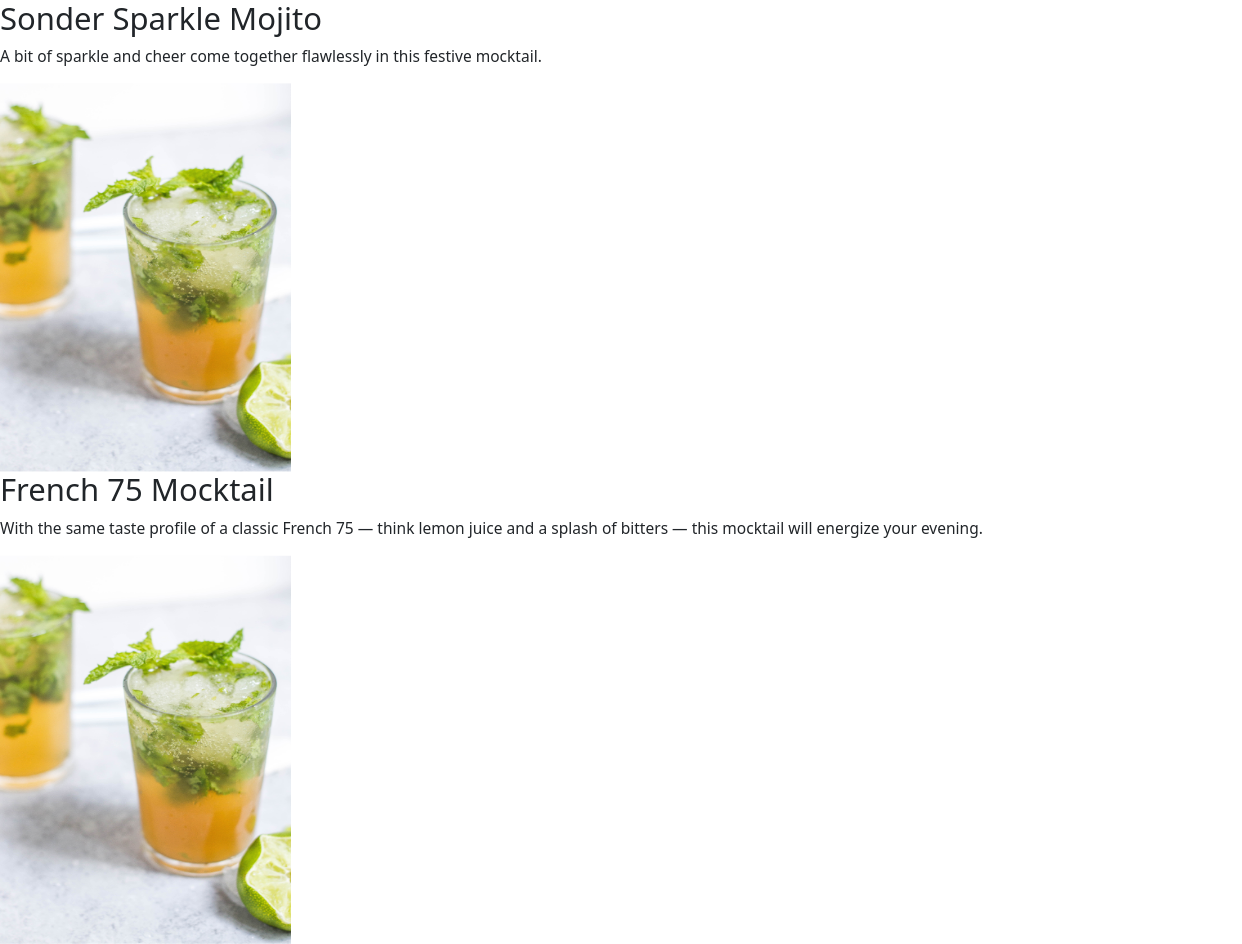
Repository: Flatbook/sliced_bread
Page: http://localhost/
The author's editor kept a copy of each file at every save. The page is drawn from the files as they stood at one save, then again after the next save.
The browser window is 1280 px wide. The pictures show the whole page, at 97% of full size.
Some web libraries are served in a nearby version. The page is served by the project's application, run on Flask 3 (app.py).

Above is the page before, as saved 2021-05-15 23:06:50.

After the next save:
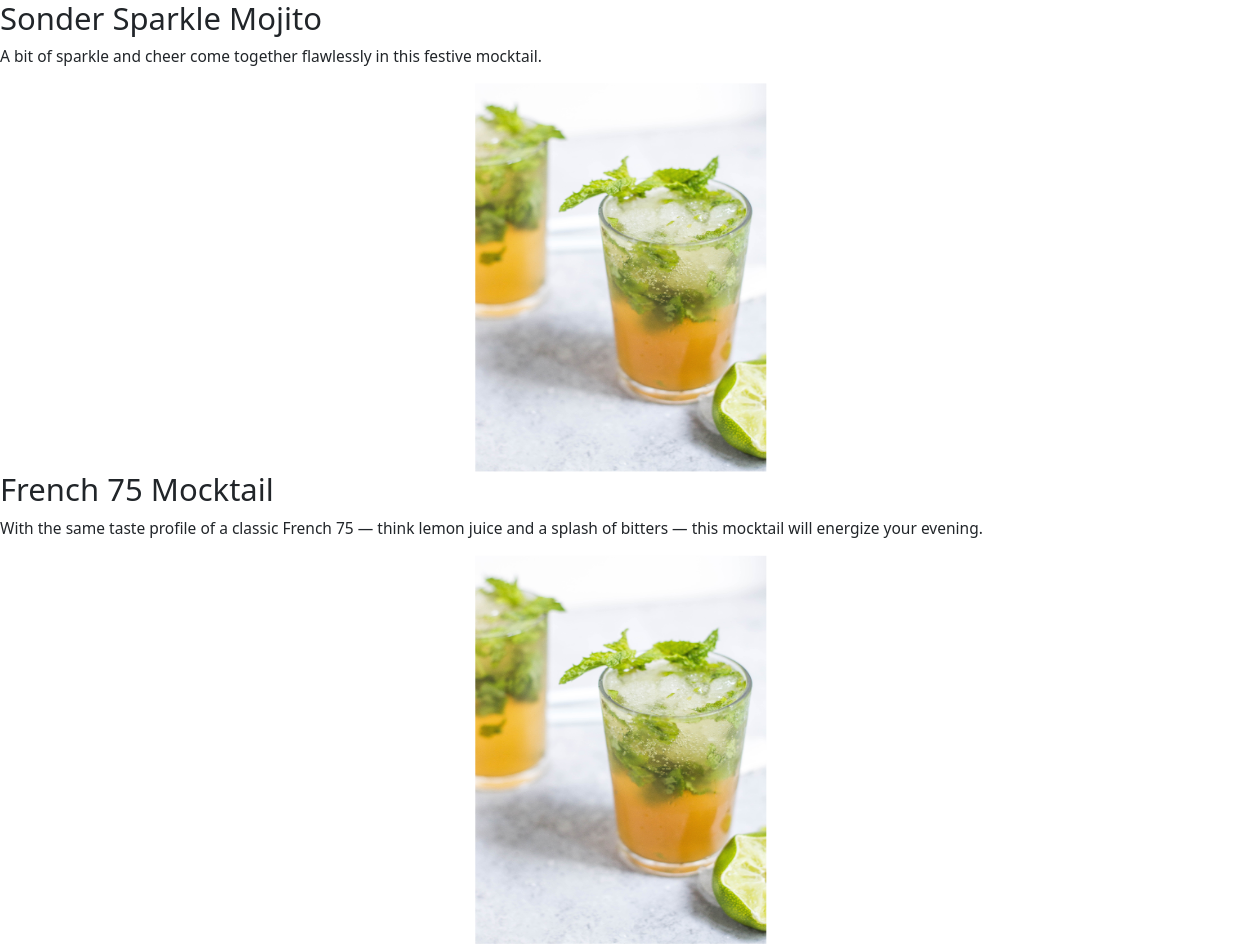
Saved 80 s later.
--- a/flask_project/templates/home.html
+++ b/flask_project/templates/home.html
@@ -3,6 +3,6 @@
     {% for drink in drinks %}
         <h2>{{drink.title}}</h2>
         <p>{{drink.description}}</p>
-        <img src="{{ user_image }}" width="300" height="400" style="vertical-align:middle"/>
+        <img src="{{ user_image }}" width="300" height="400" class="mx-auto d-block"/>
     {% endfor %}
 {% endblock %}
